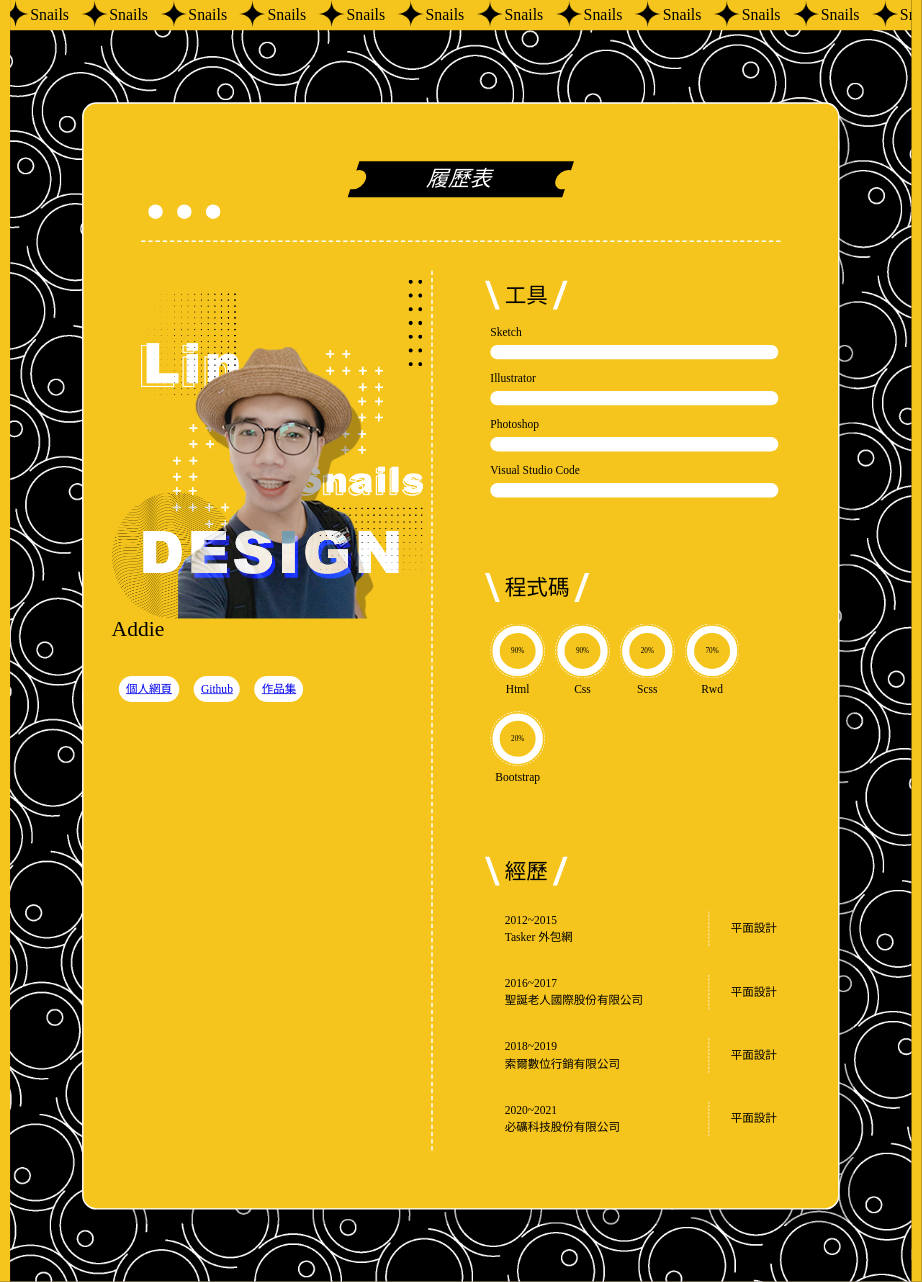
Repository: addie1988/resume
Page: index.html
An editor plug-in stored every save of this project. The page is shown before and after a run of saves, followed by the edit.
The browser window is 1280 px wide. The pictures show the whole page, at 72% of full size.

Above is the page before, as saved 2021-11-24 11:52:50.
Not found: js/style.js

After the next 2 saves:
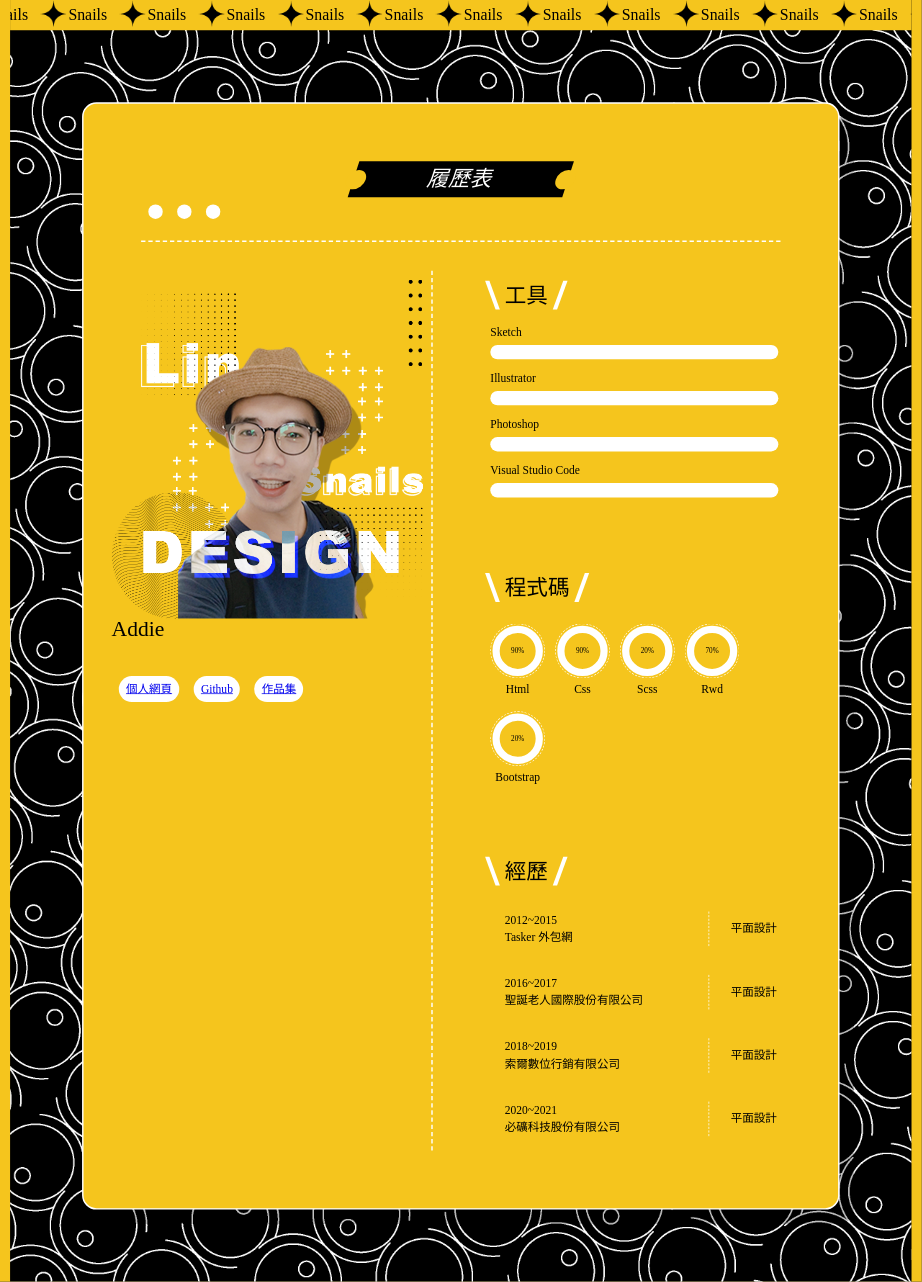
The 2 saves are shown as one change because they came seconds apart.
The last was saved 9 s later.
--- a/css/style.css
+++ b/css/style.css
@@ -179,11 +179,11 @@ table {
 
 @keyframes Carousel_content_move {
     0% {
-        transform: translateX(800deg);
-        -webkit-transform: translateX(800deg);
-        -moz-transform: translateX(800deg);
-        -ms-transform: translateX(800deg);
-        -o-transform: translateX(800deg);
+        transform: translateX(-1200px);
+        -webkit-transform: translateX(-1200px);
+        -moz-transform: translateX(-1200px);
+        -ms-transform: translateX(-1200px);
+        -o-transform: translateX(-1200px);
 }
 1000% {
     transform: translateX(0px);
